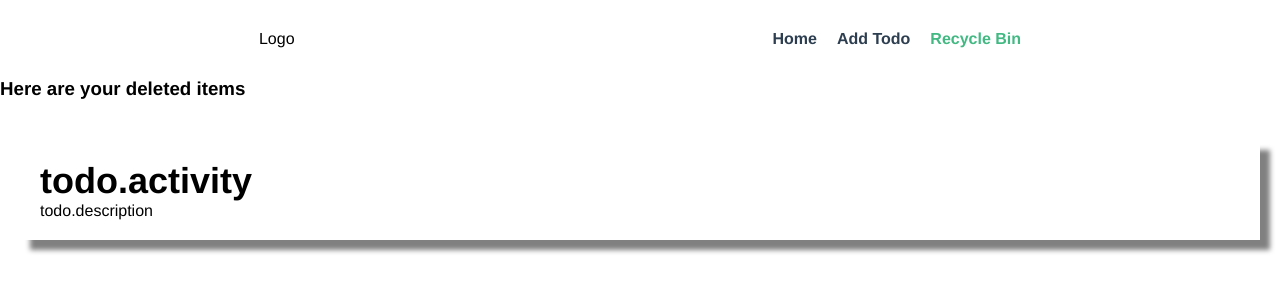
Repository: adisamicheal/academy-vuex-todo
Page: /recycle-bin
The author's editor kept a copy of each file at every save. The page is drawn from the files as they stood at one save, then again after the next save.
The browser window is 1280 px wide. The pictures show the whole page.
The project was rebuilt for these pictures with package versions that can differ from the ones it lists, and the page was loaded fresh each time.

Above is the page before, as saved 2021-11-01 13:42:50.

After the next save:
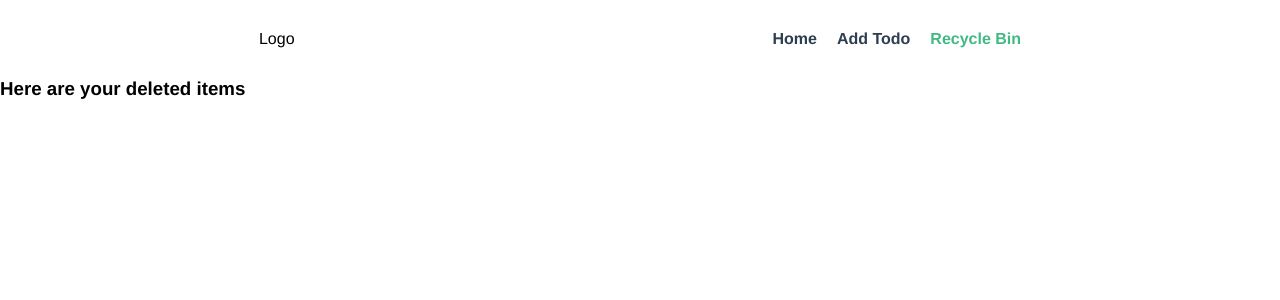
Saved 40 s later.
--- a/src/views/RecycleBin.vue
+++ b/src/views/RecycleBin.vue
@@ -2,9 +2,9 @@
   <div>
     <h3>Here are your deleted items</h3>
     <div class="todo">
-    <div class="todo-card">
-        <h5 class="card-title"> todo.activity </h5>
-        <p class="card-description">todo.description</p>
+    <div class="todo-card" v-for="todo in getDeletedTodoItems" :key="todo.id">
+        <h5 class="card-title"> {{ todo.activity }} </h5>
+        <p class="card-description">{{ todo.description }}</p>
     </div>
     </div>
   </div>
